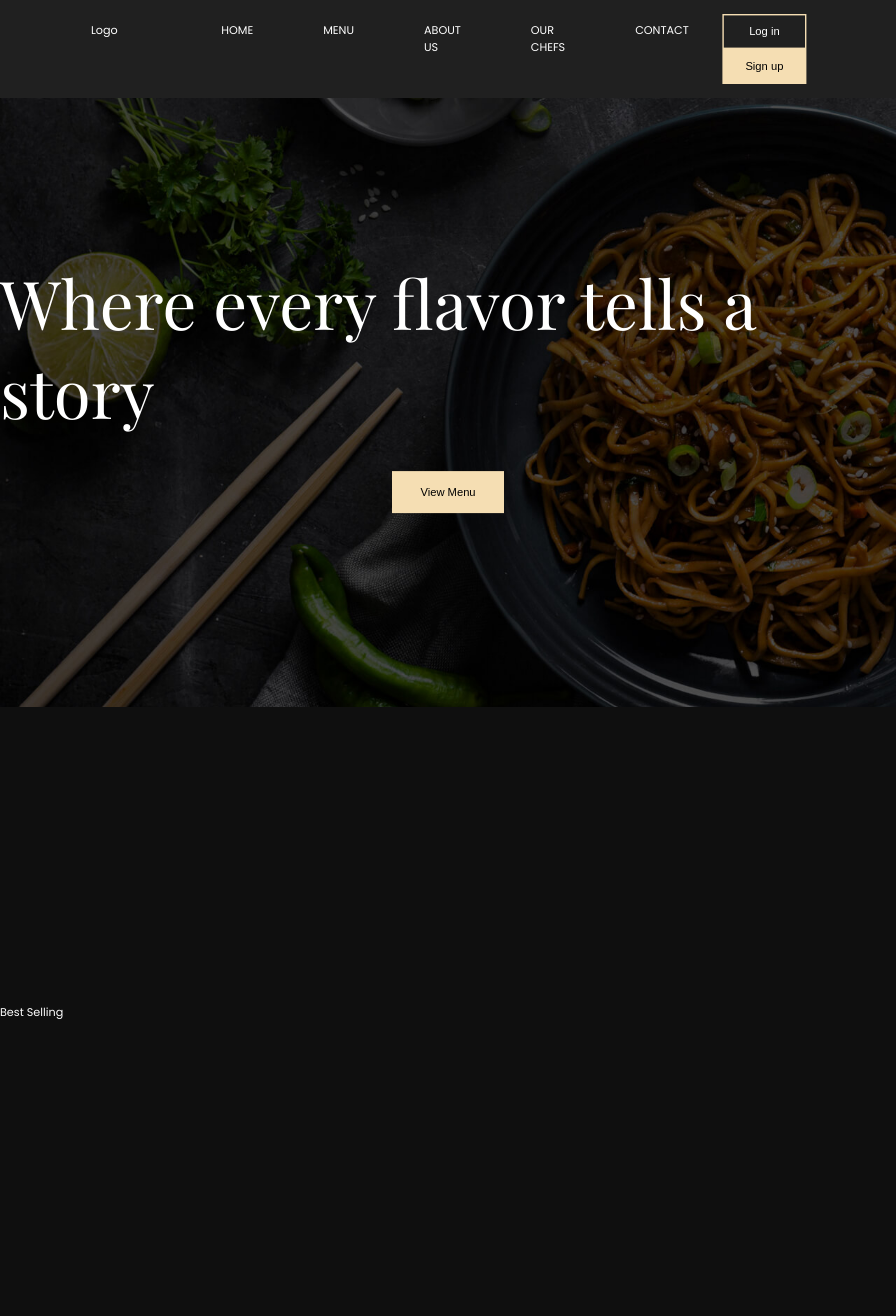
Repository: ThisIsSahaj/NSP
Page: index.html
The author's editor kept a copy of each file at every save. The page is drawn from the files as they stood at one save, then again after the next save.
The browser window is 1280 px wide. The pictures show the whole page, at 70% of full size.

Above is the page before, as saved 2023-11-06 14:18:30.

After the next save:
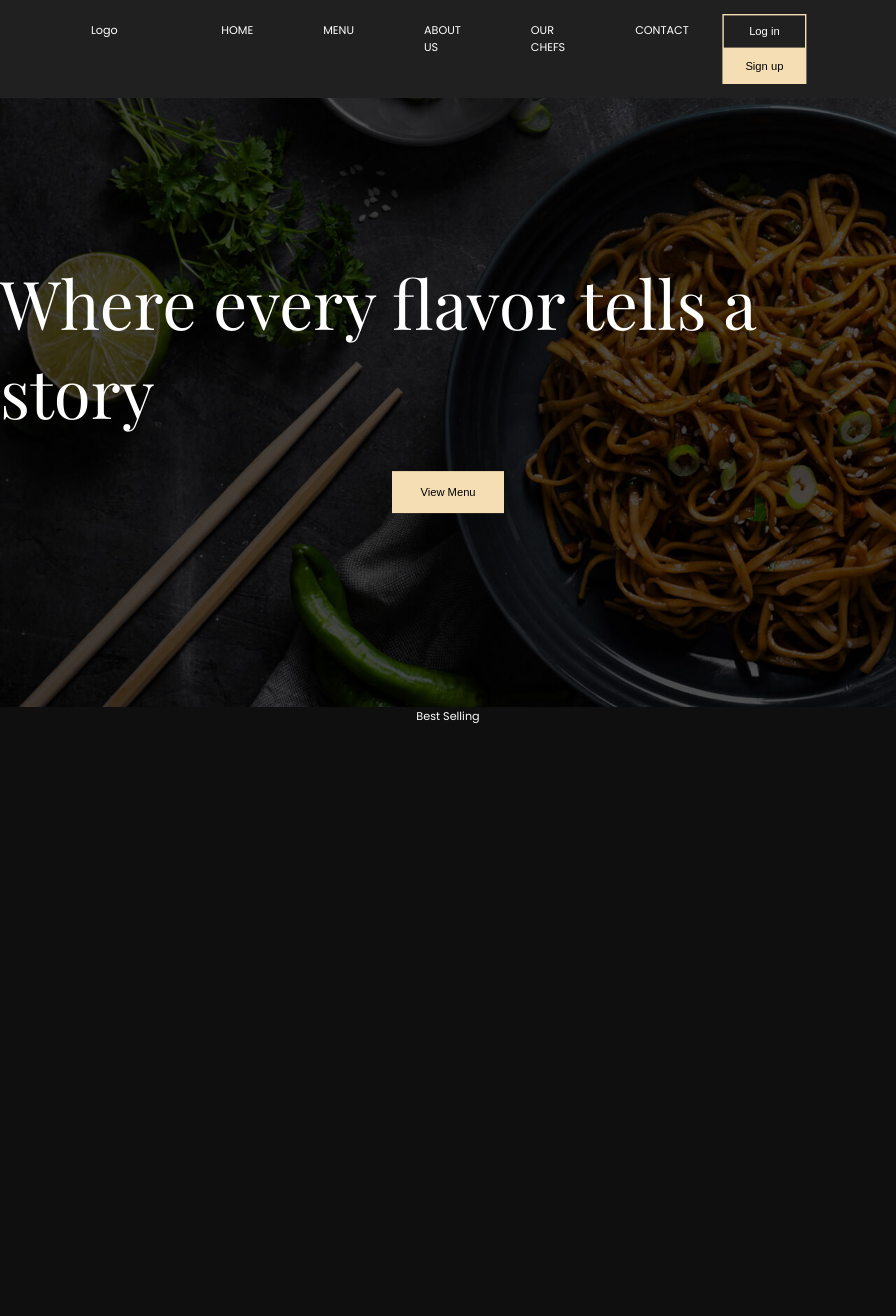
Saved 4 s later.
--- a/style.css
+++ b/style.css
@@ -145,6 +145,6 @@ width: 100%;
 height: 870px;
 display: flex;
 flex-direction: column;
-justify-content: center;
-/* align-items: center; */
+/* justify-content: center; */
+align-items: center;
 }
